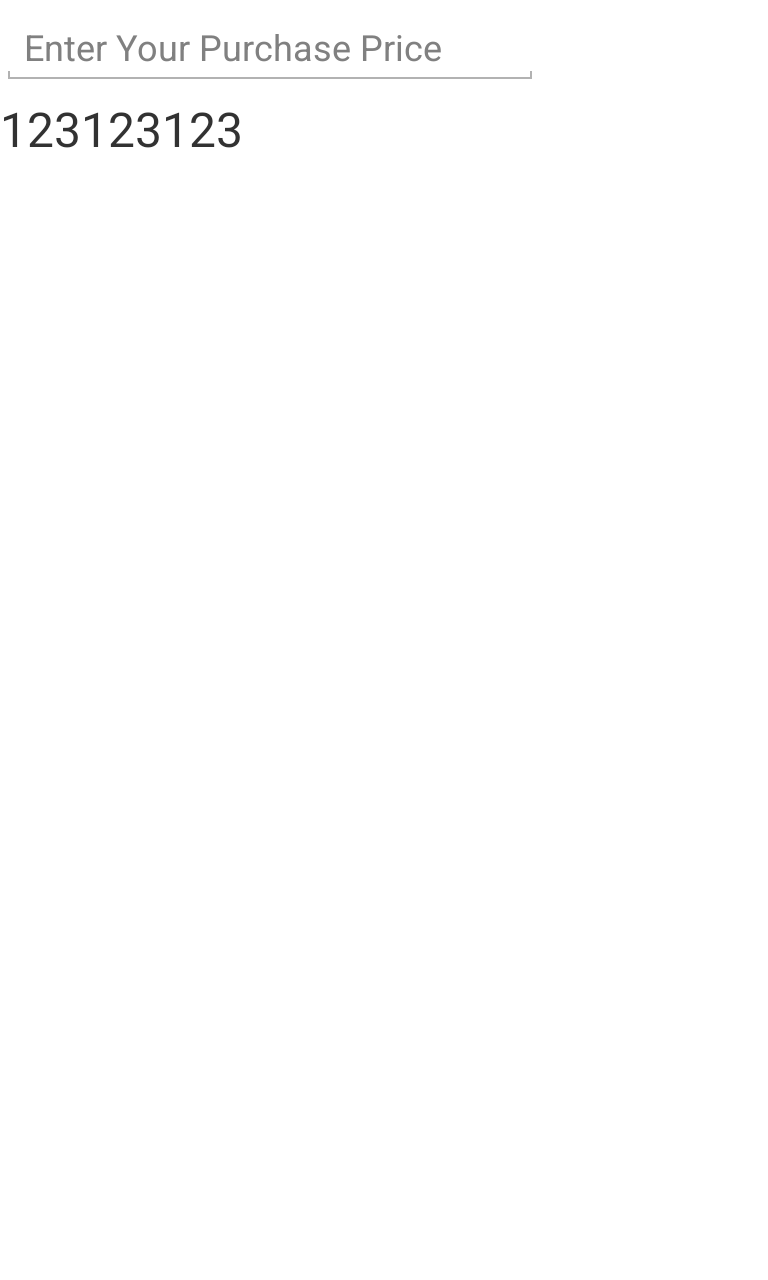
Repository: missxlian/angelHackSac
Layout: workspace/NoteHack/res/layout/fragment_section_intrate.xml
The author's editor kept a copy of each file at every save. The layout is drawn from the files as they stood at one save, then again after the next save.
It is drawn on a 768 x 1280 px phone screen (xhdpi) without system bars, with theme android:Theme.Holo.Light.DarkActionBar; the app's code is not run.

Above is the layout before, as saved 2013-12-01 19:48:55.

After the next save:
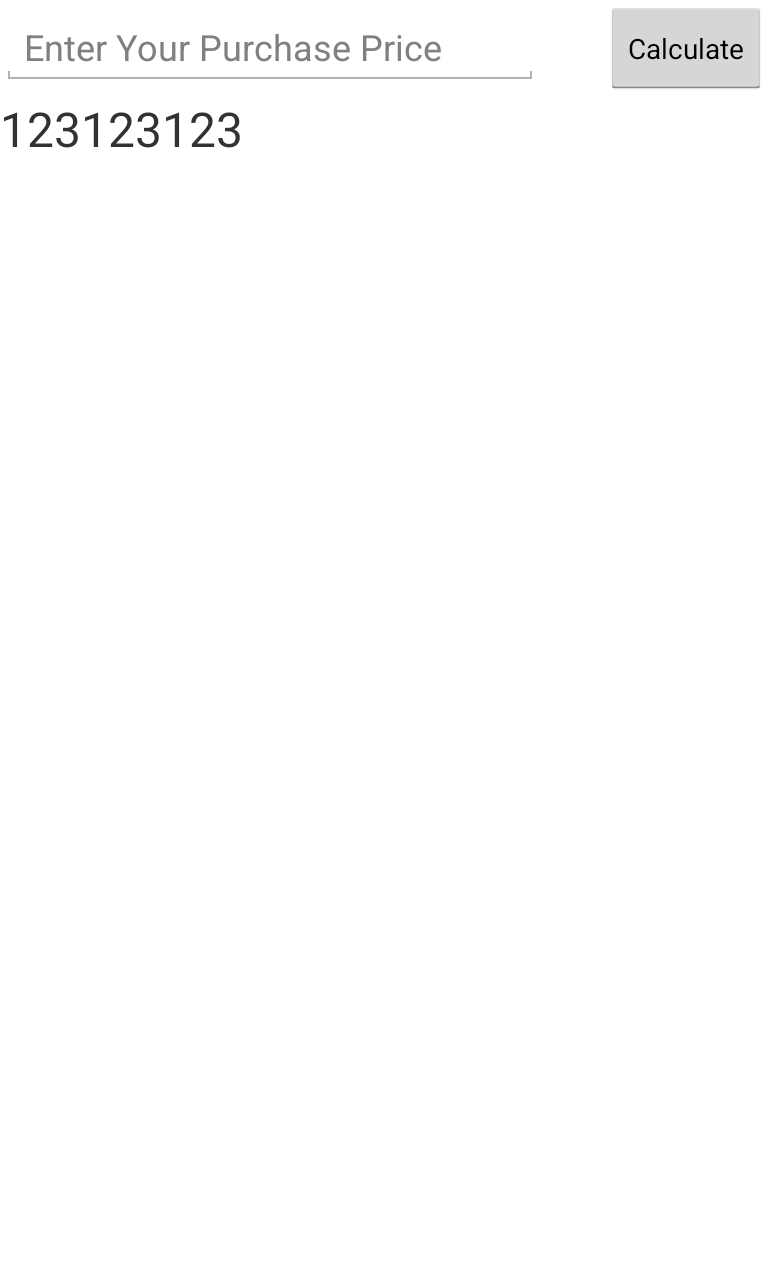
Saved 109 s later.
--- a/workspace/NoteHack/res/layout/fragment_section_intrate.xml
+++ b/workspace/NoteHack/res/layout/fragment_section_intrate.xml
@@ -22,15 +22,6 @@
         android:hint="Enter Your Purchase Price"
         android:inputType="numberDecimal" />
 
-    <Button
-        android:id="@+id/interestRate"
-        style="?android:attr/buttonStyleSmall"
-        android:layout_width="wrap_content"
-        android:layout_column="4"
-        android:layout_gravity="left|top"
-        android:layout_row="1"
-        android:text="Calculate" />
-
     <TextView
         android:id="@+id/textView1"
         android:layout_width="match_parent"
@@ -41,4 +32,13 @@
         android:layout_row="2"
         android:text="123123123" />
 
+    <Button
+        android:id="@+id/interestRate"
+        style="?android:attr/buttonStyleSmall"
+        android:layout_width="wrap_content"
+        android:layout_column="0"
+        android:layout_gravity="right|top"
+        android:layout_row="1"
+        android:text="Calculate" />
+
 </GridLayout>
